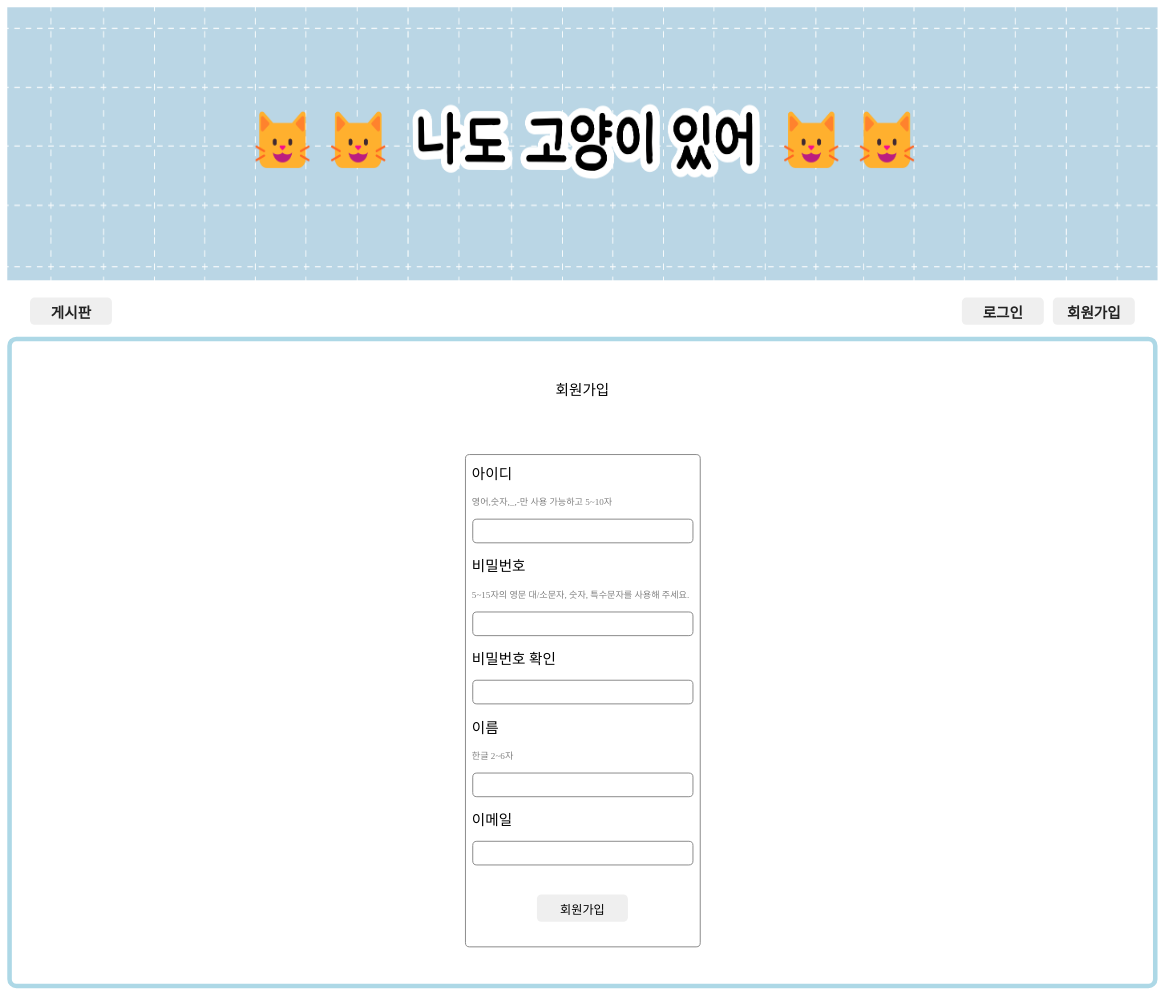
Repository: hh7711/Goit
Page: http://localhost/Goit/WEB-INF/views/signUpPage.jsp
These files come from the project's save history. The page is drawn as it stood at one moment and after the next save; the edit follows.
The browser window is 1280 px wide. The pictures show the whole page, at 91% of full size.
Some web fonts or font styles are not loaded; a fallback is used. The page is served by Tomcat 9. Nobody is signed in. The template is opened directly, without the code that normally fills it, so the values that code supplies are empty.

Above is the page before, as saved 2023-08-03 07:11:10.

After the next save:
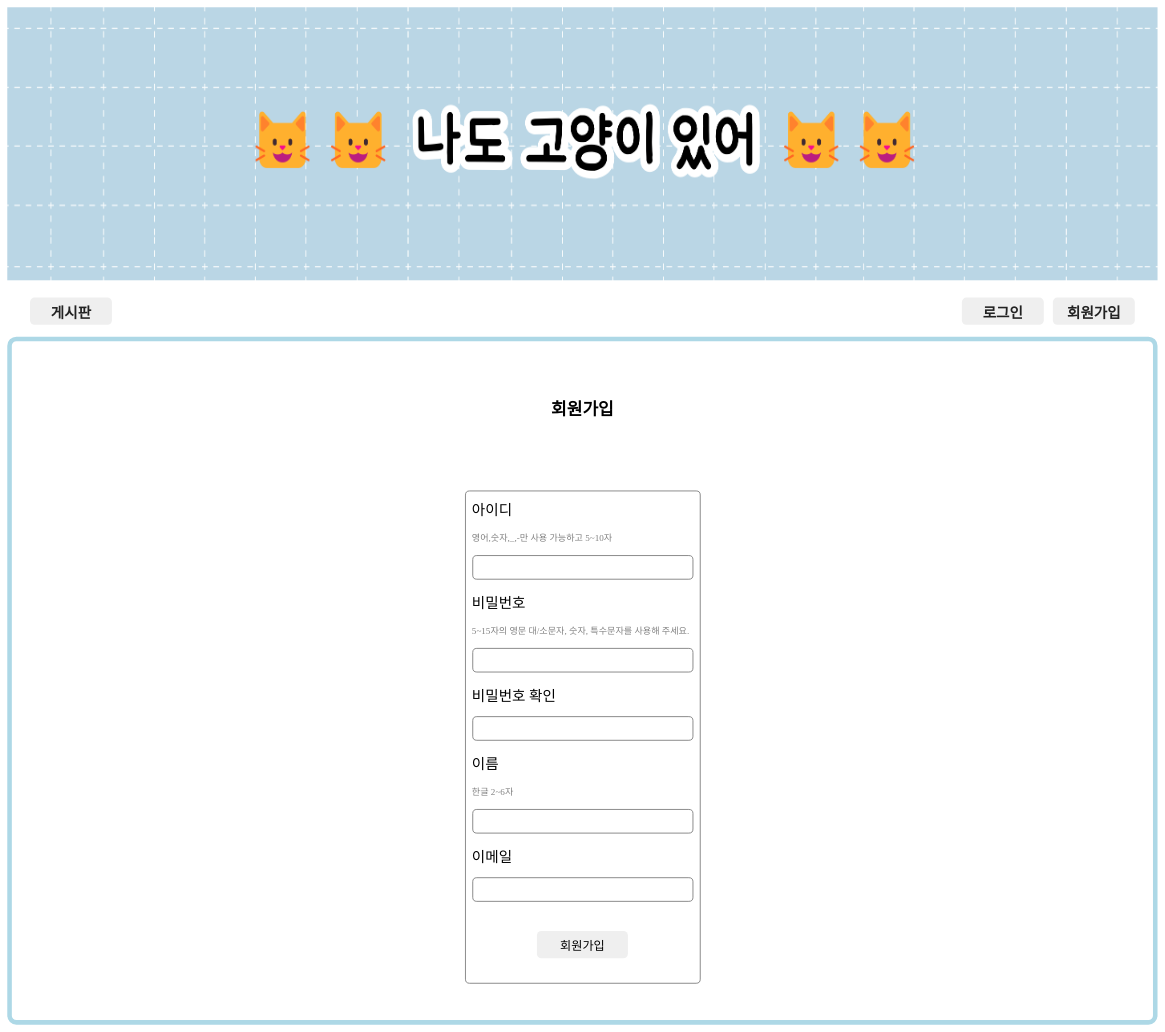
Saved 34 s later.
--- a/Goit/src/main/webapp/WEB-INF/views/signUpPage.jsp
+++ b/Goit/src/main/webapp/WEB-INF/views/signUpPage.jsp
@@ -101,7 +101,9 @@
 	<div id="main1">
 		<div id="main2">
 			<div><!-- 본문 -->
-				<div style="text-align: center; padding: 20px; margin-top: 20px;">회원가입</div>
+				<div style="text-align: center; padding: 20px; margin-top: 20px;">
+					<h3>회원가입<h3>
+				</div>
 				<form method="post" action="signUp" name="signup">
 					<table>
 						<tr>
